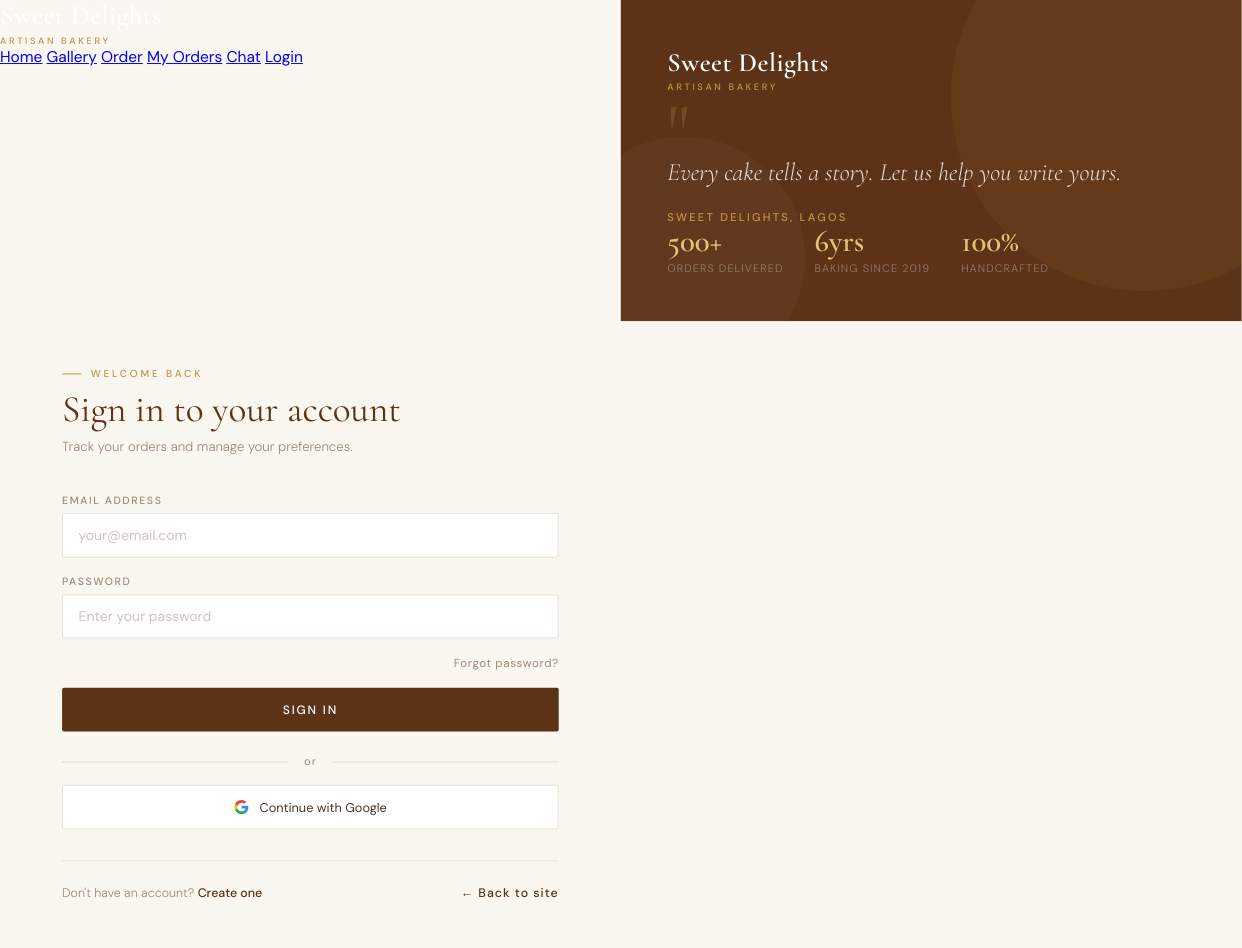
Repository: Jessic-asomugha/your-treat
Page: public/auth/login.html
An editor plug-in stored every save of this project. The page is shown before and after the next save, followed by the edit.
The browser window is 1280 px wide. The pictures show the whole page, at 97% of full size.

Above is the page before, as saved 2026-03-19 13:09:13.

After the next save:
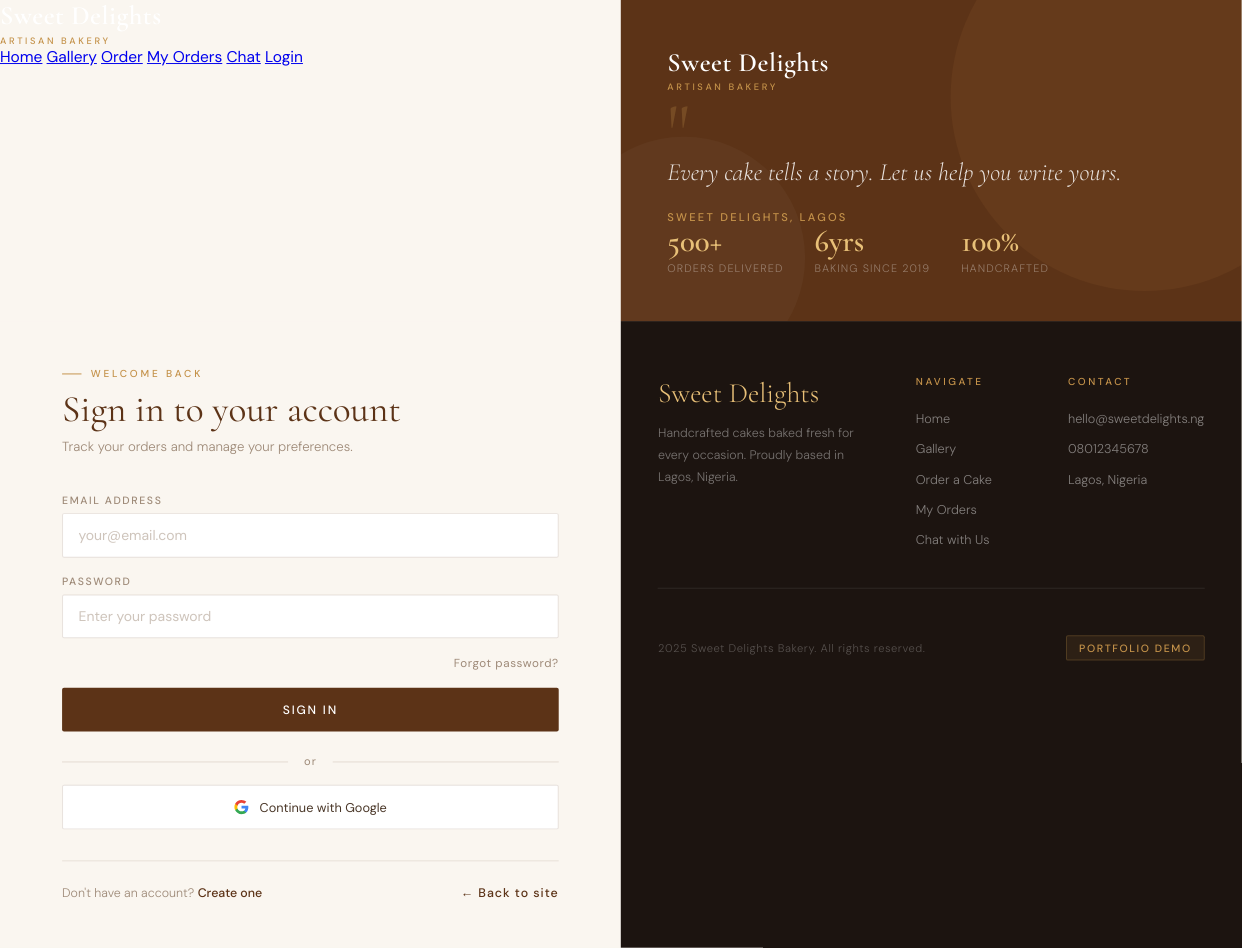
Saved 11 s later.
--- a/public/auth/login.html
+++ b/public/auth/login.html
@@ -617,5 +617,37 @@
   <!-- Load data manager only while backend is pending — remove once API is live -->
   <script src="../js/simple-data-manager.js"></script>
 
+  <!-- FOOTER -->
+  <footer class="footer">
+    <div class="footer-top">
+      <div>
+        <div class="footer-logo">Sweet Delights</div>
+        <p class="footer-desc">Handcrafted cakes baked fresh for every occasion. Proudly based in Lagos, Nigeria.</p>
+      </div>
+      <div>
+        <div class="footer-col-title">Navigate</div>
+        <ul class="footer-links">
+          <li><a href="../index.html">Home</a></li>
+          <li><a href="../gallery.html">Gallery</a></li>
+          <li><a href="../order.html">Order a Cake</a></li>
+          <li><a href="../my-orders.html">My Orders</a></li>
+          <li><a href="../chat.html">Chat with Us</a></li>
+        </ul>
+      </div>
+      <div>
+        <div class="footer-col-title">Contact</div>
+        <ul class="footer-links">
+          <li><a href="mailto:hello@sweetdelights.ng">hello@sweetdelights.ng</a></li>
+          <li><a href="tel:08012345678">08012345678</a></li>
+          <li><a href="#">Lagos, Nigeria</a></li>
+        </ul>
+      </div>
+    </div>
+    <div class="footer-bottom">
+      <span class="footer-copy"> 2025 Sweet Delights Bakery. All rights reserved.</span>
+      <span class="footer-demo">Portfolio Demo</span>
+    </div>
+  </footer>
+
 </body>
 </html>
